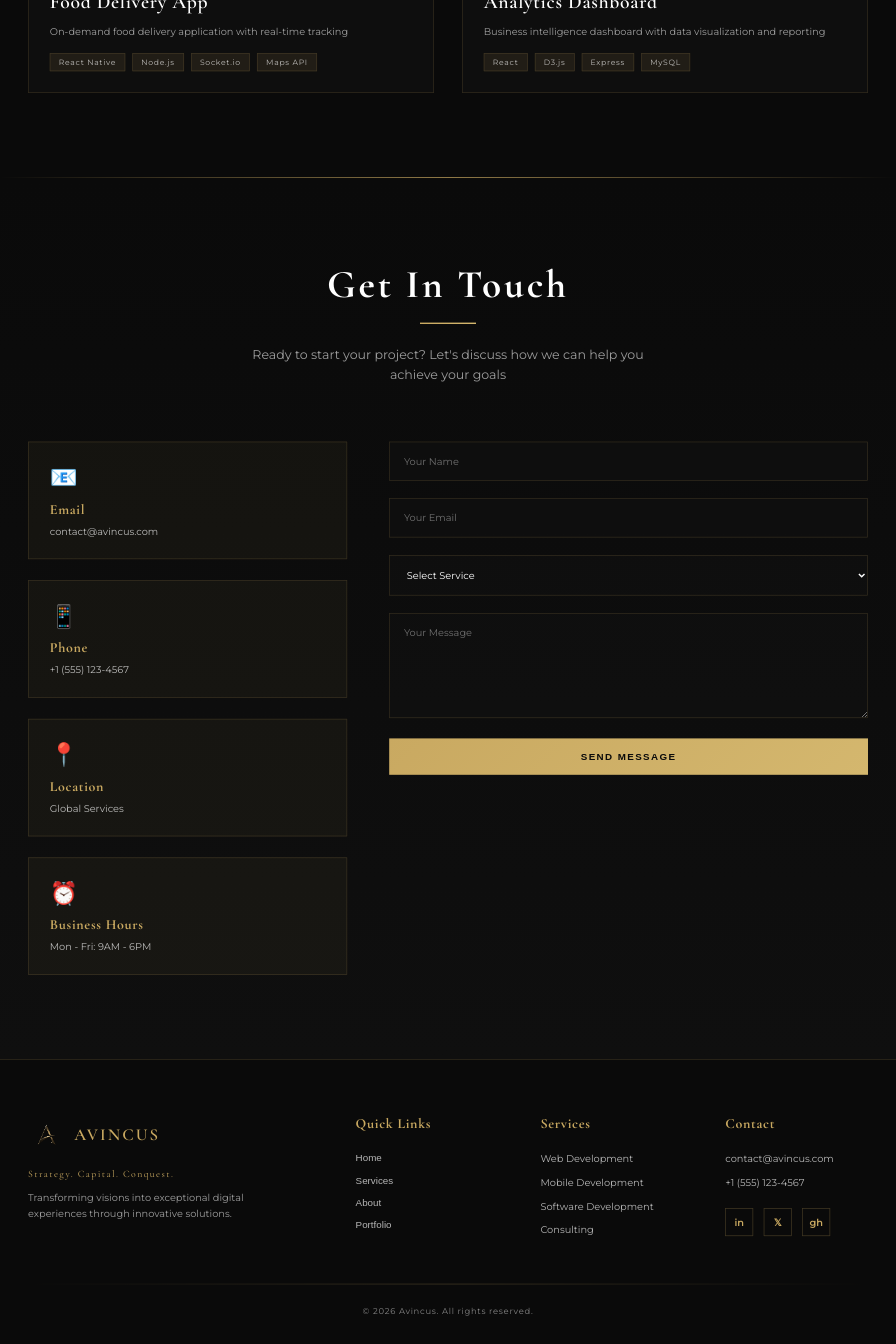
Repository: GiLLBaTesx/avincus-website
Page: /
The author's editor kept a copy of each file at every save. The page is drawn from the files as they stood at one save, then again after the next save.
The browser window is 1280 px wide. The pictures show the part of the page from y = 4497 to 6417 px (the page is 6417 px tall), at 70% of full size.
The project was rebuilt for these pictures with package versions that can differ from the ones it lists, and the page was loaded fresh each time.

Above is the page before, as saved 2026-05-15 13:13:13.

### public/index.html
<!DOCTYPE html>
<html lang="en">
  <head>
    <meta charset="utf-8" />
    <link rel="icon" href="%PUBLIC_URL%/avincus-logo.png" />
    <meta name="viewport" content="width=device-width, initial-scale=1" />
    <meta name="theme-color" content="#0a0a0a" />
    <meta
      name="description"
      content="Avincus - Premium Software Development | Web, Mobile & Software Solutions"
    />
    <link rel="preconnect" href="https://fonts.googleapis.com">
    <link rel="preconnect" href="https://fonts.gstatic.com" crossorigin>
    <link href="https://fonts.googleapis.com/css2?family=Cormorant+Garamond:wght@300;400;500;600;700&family=Montserrat:wght@300;400;500;600;700&display=swap" rel="stylesheet">
    <title>Avincus - Strategy. Capital. Conquest.</title>
  </head>
  <body>
    <noscript>You need to enable JavaScript to run this app.</noscript>
    <div id="root"></div>
  </body>
</html>

### src/index.css
* {
  margin: 0;
  padding: 0;
  box-sizing: border-box;
}

body {
  margin: 0;
  font-family: 'Montserrat', -apple-system, BlinkMacSystemFont, 'Segoe UI', 'Roboto', 'Oxygen',
    'Ubuntu', 'Cantarell', 'Fira Sans', 'Droid Sans', 'Helvetica Neue',
    sans-serif;
  -webkit-font-smoothing: antialiased;
  -moz-osx-font-smoothing: grayscale;
  background-color: #0a0a0a;
  color: #ffffff;
  overflow-x: hidden;
}

code {
  font-family: source-code-pro, Menlo, Monaco, Consolas, 'Courier New',
    monospace;
}

::-webkit-scrollbar {
  width: 10px;
}

::-webkit-scrollbar-track {
  background: #0a0a0a;
}

::-webkit-scrollbar-thumb {
  background: #c9a961;
  border-radius: 5px;
}

::-webkit-scrollbar-thumb:hover {
  background: #d4b76e;
}

### src/App.css
.App {
  min-height: 100vh;
  background-color: #0a0a0a;
}

/* Smooth scrolling */
html {
  scroll-behavior: smooth;
}

/* Section styling */
section {
  position: relative;
  overflow: hidden;
}

/* Gold accent line */
.gold-line {
  width: 60px;
  height: 2px;
  background: linear-gradient(90deg, #c9a961, #d4b76e);
  margin: 20px auto;
}

/* Animations */
@keyframes fadeInUp {
  from {
    opacity: 0;
    transform: translateY(30px);
  }
  to {
    opacity: 1;
    transform: translateY(0);
  }
}

@keyframes fadeIn {
  from {
    opacity: 0;
  }
  to {
    opacity: 1;
  }
}

@keyframes shimmer {
  0% {
    background-position: -1000px 0;
  }
  100% {
    background-position: 1000px 0;
  }
}

.fade-in-up {
  animation: fadeInUp 0.8s ease-out forwards;
}

.fade-in {
  animation: fadeIn 1s ease-out forwards;
}

/* Responsive typography */
@media (max-width: 768px) {
  html {
    font-size: 14px;
  }
}

@media (max-width: 480px) {
  html {
    font-size: 12px;
  }
}

### src/components/Navbar.css
.navbar {
  position: fixed;
  top: 0;
  left: 0;
  right: 0;
  z-index: 1000;
  padding: 20px 0;
  transition: all 0.3s ease;
  background: transparent;
}

.navbar.scrolled {
  background: rgba(10, 10, 10, 0.95);
  backdrop-filter: blur(10px);
  padding: 15px 0;
  box-shadow: 0 2px 20px rgba(201, 169, 97, 0.1);
}

.navbar-container {
  max-width: 1400px;
  margin: 0 auto;
  padding: 0 40px;
  display: flex;
  justify-content: space-between;
  align-items: center;
}

.navbar-logo {
  display: flex;
  align-items: center;
  gap: 12px;
  cursor: pointer;
  transition: transform 0.3s ease;
}

.navbar-logo:hover {
  transform: translateY(-2px);
}

.logo-image {
  width: 67.5px;
  height: 67.5px;
  object-fit: contain;
  transition: transform 0.3s ease;
}

.logo-text {
  font-family: 'Cormorant Garamond', serif;
  font-size: 24px;
  font-weight: 600;
  letter-spacing: 3px;
  color: #c9a961;
}

.navbar-menu {
  display: flex;
  gap: 40px;
  align-items: center;
}

.nav-link {
  background: none;
  border: none;
  color: #ffffff;
  font-size: 14px;
  font-weight: 500;
  letter-spacing: 1px;
  text-transform: uppercase;
  cursor: pointer;
  position: relative;
  padding: 8px 0;
  transition: color 0.3s ease;
}

.nav-link::after {
  content: '';
  position: absolute;
  bottom: 0;
  left: 0;
  width: 0;
  height: 2px;
  background: linear-gradient(90deg, #c9a961, #d4b76e);
  transition: width 0.3s ease;
}

.nav-link:hover {
  color: #c9a961;
}

.nav-link:hover::after {
  width: 100%;
}

.nav-link-cta {
  background: linear-gradient(135deg, #c9a961, #d4b76e);
  color: #0a0a0a;
  padding: 12px 30px;
  border-radius: 0;
  font-weight: 600;
  transition: all 0.3s ease;
}

.nav-link-cta::after {
  display: none;
}

.nav-link-cta:hover {
  background: linear-gradient(135deg, #d4b76e, #e0c87f);
  color: #0a0a0a;
  transform: translateY(-2px);
  box-shadow: 0 5px 20px rgba(201, 169, 97, 0.3);
}

.navbar-toggle {
  display: none;
  flex-direction: column;
  gap: 6px;
  background: none;
  border: none;
  cursor: pointer;
  padding: 5px;
}

.bar {
  width: 30px;
  height: 2px;
  background: #c9a961;
  transition: all 0.3s ease;
}

.bar.active:nth-child(1) {
  transform: rotate(45deg) translate(8px, 8px);
}

.bar.active:nth-child(2) {
  opacity: 0;
}

.bar.active:nth-child(3) {
  transform: rotate(-45deg) translate(8px, -8px);
}

@media (max-width: 968px) {
  .navbar-toggle {
    display: flex;
  }

  .navbar-menu {
    position: fixed;
    top: 70px;
    right: -100%;
    width: 300px;
    height: calc(100vh - 70px);
    background: rgba(10, 10, 10, 0.98);
    backdrop-filter: blur(10px);
    flex-direction: column;
    padding: 40px;
    gap: 30px;
    transition: right 0.3s ease;
    border-left: 1px solid rgba(201, 169, 97, 0.2);
  }

  .navbar-menu.active {
    right: 0;
  }

  .nav-link {
    width: 100%;
    text-align: left;
    font-size: 16px;
  }

  .nav-link-cta {
    text-align: center;
  }
}

@media (max-width: 480px) {
  .navbar-container {
    padding: 0 20px;
  }

  .logo-text {
    font-size: 20px;
  }

  .logo-image {
    width: 60px;
    height: 60px;
  }
}

### src/components/Services.css
.services {
  min-height: 100vh;
  padding: 120px 40px;
  background: #0a0a0a;
  position: relative;
}

.services::before {
  content: '';
  position: absolute;
  top: 0;
  left: 0;
  right: 0;
  height: 1px;
  background: linear-gradient(90deg, transparent, #c9a961, transparent);
}

.services-container {
  max-width: 1400px;
  margin: 0 auto;
}

.services-header {
  text-align: center;
  margin-bottom: 80px;
  opacity: 0;
  transform: translateY(30px);
  transition: all 0.8s ease-out;
}

.services-header.visible {
  opacity: 1;
  transform: translateY(0);
}

.section-title {
  font-family: 'Cormorant Garamond', serif;
  font-size: 56px;
  font-weight: 700;
  letter-spacing: 4px;
  color: #ffffff;
  margin-bottom: 20px;
}

.gold-line {
  width: 80px;
  height: 2px;
  background: linear-gradient(90deg, #c9a961, #d4b76e);
  margin: 0 auto 30px;
}

.section-subtitle {
  font-size: 18px;
  color: rgba(255, 255, 255, 0.6);
  max-width: 600px;
  margin: 0 auto;
  line-height: 1.6;
}

.services-grid {
  display: grid;
  grid-template-columns: repeat(auto-fit, minmax(350px, 1fr));
  gap: 40px;
}

.service-card {
  background: linear-gradient(135deg, rgba(201, 169, 97, 0.05), rgba(10, 10, 10, 0.8));
  border: 1px solid rgba(201, 169, 97, 0.2);
  padding: 50px 40px;
  transition: all 0.4s ease;
  position: relative;
  overflow: hidden;
  opacity: 0;
  transform: translateY(30px);
}

.service-card.visible {
  animation: fadeInUp 0.8s ease-out forwards;
}

.service-card::before {
  content: '';
  position: absolute;
  top: 0;
  left: -100%;
  width: 100%;
  height: 100%;
  background: linear-gradient(90deg, transparent, rgba(201, 169, 97, 0.1), transparent);
  transition: left 0.6s ease;
}

.service-card:hover::before {
  left: 100%;
}

.service-card:hover {
  transform: translateY(-10px);
  border-color: #c9a961;
  box-shadow: 0 20px 60px rgba(201, 169, 97, 0.2);
}

.service-icon {
  font-size: 64px;
  margin-bottom: 30px;
  filter: grayscale(100%) brightness(1.5);
  transition: all 0.3s ease;
}

.service-card:hover .service-icon {
  filter: grayscale(0%) brightness(1);
  transform: scale(1.1);
}

.service-title {
  font-family: 'Cormorant Garamond', serif;
  font-size: 32px;
  font-weight: 600;
  color: #c9a961;
  margin-bottom: 20px;
  letter-spacing: 2px;
}

.service-description {
  font-size: 16px;
  line-height: 1.8;
  color: rgba(255, 255, 255, 0.7);
  margin-bottom: 30px;
}

.service-features {
  list-style: none;
  margin-bottom: 40px;
}

.service-features li {
  padding: 12px 0;
  color: rgba(255, 255, 255, 0.8);
  font-size: 14px;
  display: flex;
  align-items: center;
  gap: 15px;
  border-bottom: 1px solid rgba(201, 169, 97, 0.1);
}

.feature-bullet {
  color: #c9a961;
  font-size: 10px;
}

.service-button {
  background: transparent;
  border: 2px solid #c9a961;
  color: #c9a961;
  padding: 12px 30px;
  font-size: 12px;
  font-weight: 600;
  letter-spacing: 2px;
  text-transform: uppercase;
  cursor: pointer;
  transition: all 0.3s ease;
  width: 100%;
}

.service-button:hover {
  background: #c9a961;
  color: #0a0a0a;
  transform: translateY(-2px);
}

@media (max-width: 968px) {
  .services {
    padding: 80px 30px;
  }

  .section-title {
    font-size: 42px;
  }

  .services-grid {
    grid-template-columns: 1fr;
    gap: 30px;
  }
}

@media (max-width: 480px) {
  .services {
    padding: 60px 20px;
  }

  .section-title {
    font-size: 36px;
  }

  .service-card {
    padding: 40px 30px;
  }

  .service-icon {
    font-size: 48px;
  }

  .service-title {
    font-size: 26px;
  }
}

### src/components/About.css
.about {
  min-height: 100vh;
  padding: 120px 40px;
  background: linear-gradient(180deg, #0a0a0a 0%, #0f0f0f 100%);
  position: relative;
}

.about::before {
  content: '';
  position: absolute;
  top: 0;
  left: 0;
  right: 0;
  height: 1px;
  background: linear-gradient(90deg, transparent, #c9a961, transparent);
}

.about-container {
  max-width: 1400px;
  margin: 0 auto;
}

.about-content {
  display: grid;
  grid-template-columns: 1fr 1fr;
  gap: 80px;
  align-items: center;
}

.about-text {
  opacity: 0;
  transform: translateX(-30px);
  transition: all 0.8s ease-out;
}

.about-text.visible {
  opacity: 1;
  transform: translateX(0);
}

.about-description {
  font-size: 16px;
  line-height: 1.8;
  color: rgba(255, 255, 255, 0.7);
  margin-bottom: 25px;
}

.about-values {
  display: grid;
  grid-template-columns: repeat(3, 1fr);
  gap: 30px;
  margin-top: 50px;
}

.value-item {
  text-align: center;
  padding: 30px 20px;
  background: rgba(201, 169, 97, 0.05);
  border: 1px solid rgba(201, 169, 97, 0.2);
  transition: all 0.3s ease;
}

.value-item:hover {
  background: rgba(201, 169, 97, 0.1);
  border-color: #c9a961;
  transform: translateY(-5px);
}

.value-item h3 {
  font-family: 'Cormorant Garamond', serif;
  font-size: 24px;
  color: #c9a961;
  margin-bottom: 10px;
  letter-spacing: 2px;
}

.value-item p {
  font-size: 14px;
  color: rgba(255, 255, 255, 0.6);
}

.about-stats {
  display: grid;
  grid-template-columns: repeat(2, 1fr);
  gap: 40px;
  opacity: 0;
  transform: translateX(30px);
  transition: all 0.8s ease-out;
}

.about-stats.visible {
  opacity: 1;
  transform: translateX(0);
}

.stat-item {
  text-align: center;
  padding: 50px 30px;
  background: linear-gradient(135deg, rgba(201, 169, 97, 0.1), rgba(10, 10, 10, 0.5));
  border: 1px solid rgba(201, 169, 97, 0.3);
  position: relative;
  overflow: hidden;
  opacity: 0;
  animation: fadeInUp 0.8s ease-out forwards;
}

.stat-item::before {
  content: '';
  position: absolute;
  top: 0;
  left: 0;
  right: 0;
  height: 3px;
  background: linear-gradient(90deg, #c9a961, #d4b76e);
  transform: scaleX(0);
  transition: transform 0.6s ease;
}

.stat-item:hover::before {
  transform: scaleX(1);
}

.stat-number {
  font-family: 'Cormorant Garamond', serif;
  font-size: 56px;
  font-weight: 700;
  color: #c9a961;
  margin-bottom: 15px;
  letter-spacing: 2px;
}

.stat-label {
  font-size: 14px;
  color: rgba(255, 255, 255, 0.7);
  text-transform: uppercase;
  letter-spacing: 2px;
}

@media (max-width: 968px) {
  .about {
    padding: 80px 30px;
  }

  .about-content {
    grid-template-columns: 1fr;
    gap: 60px;
  }

  .about-values {
    grid-template-columns: 1fr;
    gap: 20px;
  }

  .about-stats {
    grid-template-columns: repeat(2, 1fr);
    gap: 20px;
  }

  .stat-item {
    padding: 40px 20px;
  }

  .stat-number {
    font-size: 42px;
  }
}

@media (max-width: 480px) {
  .about {
    padding: 60px 20px;
  }

  .about-stats {
    grid-template-columns: 1fr;
  }

  .stat-number {
    font-size: 36px;
  }
}

### src/components/Portfolio.css
.portfolio {
  min-height: 100vh;
  padding: 120px 40px;
  background: #0a0a0a;
  position: relative;
}

.portfolio::before {
  content: '';
  position: absolute;
  top: 0;
  left: 0;
  right: 0;
  height: 1px;
  background: linear-gradient(90deg, transparent, #c9a961, transparent);
}

.portfolio-container {
  max-width: 1400px;
  margin: 0 auto;
}

.portfolio-header {
  text-align: center;
  margin-bottom: 80px;
  opacity: 0;
  transform: translateY(30px);
  transition: all 0.8s ease-out;
}

.portfolio-header.visible {
  opacity: 1;
  transform: translateY(0);
}

.portfolio-grid {
  display: grid;
  grid-template-columns: repeat(auto-fit, minmax(380px, 1fr));
  gap: 40px;
}

.portfolio-card {
  background: rgba(15, 15, 15, 0.8);
  border: 1px solid rgba(201, 169, 97, 0.2);
  overflow: hidden;
  transition: all 0.4s ease;
  opacity: 0;
  transform: translateY(30px);
}

.portfolio-card.visible {
  animation: fadeInUp 0.8s ease-out forwards;
}

.portfolio-card:hover {
  transform: translateY(-10px);
  border-color: #c9a961;
  box-shadow: 0 20px 60px rgba(201, 169, 97, 0.2);
}

.portfolio-image {
  height: 250px;
  background: linear-gradient(135deg, rgba(201, 169, 97, 0.2), rgba(10, 10, 10, 0.8));
  position: relative;
  overflow: hidden;
}

.portfolio-image::before {
  content: '';
  position: absolute;
  top: 50%;
  left: 50%;
  transform: translate(-50%, -50%);
  width: 100px;
  height: 100px;
  background: linear-gradient(135deg, #c9a961, #d4b76e);
  clip-path: polygon(50% 0%, 100% 25%, 100% 75%, 50% 100%, 0% 75%, 0% 25%);
  opacity: 0.3;
}

.portfolio-overlay {
  position: absolute;
  top: 0;
  left: 0;
  right: 0;
  bottom: 0;
  background: rgba(10, 10, 10, 0.9);
  display: flex;
  align-items: center;
  justify-content: center;
  opacity: 0;
  transition: opacity 0.3s ease;
}

.portfolio-card:hover .portfolio-overlay {
  opacity: 1;
}

.view-project {
  background: linear-gradient(135deg, #c9a961, #d4b76e);
  color: #0a0a0a;
  border: none;
  padding: 12px 30px;
  font-size: 12px;
  font-weight: 600;
  letter-spacing: 2px;
  text-transform: uppercase;
  cursor: pointer;
  transition: all 0.3s ease;
}

.view-project:hover {
  transform: scale(1.05);
  box-shadow: 0 5px 20px rgba(201, 169, 97, 0.4);
}

.portfolio-content {
  padding: 30px;
}

.portfolio-category {
  display: inline-block;
  font-size: 11px;
  color: #c9a961;
  text-transform: uppercase;
  letter-spacing: 2px;
  margin-bottom: 15px;
  padding: 5px 15px;
  border: 1px solid rgba(201, 169, 97, 0.3);
}

.portfolio-title {
  font-family: 'Cormorant Garamond', serif;
  font-size: 28px;
  font-weight: 600;
  color: #ffffff;
  margin-bottom: 15px;
  letter-spacing: 1px;
}

.portfolio-description {
  font-size: 14px;
  line-height: 1.6;
  color: rgba(255, 255, 255, 0.6);
  margin-bottom: 20px;
}

.portfolio-tech {
  display: flex;
  flex-wrap: wrap;
  gap: 10px;
}

.tech-tag {
  font-size: 11px;
  color: rgba(255, 255, 255, 0.7);
  background: rgba(201, 169, 97, 0.1);
  padding: 5px 12px;
  border: 1px solid rgba(201, 169, 97, 0.2);
  letter-spacing: 1px;
}

@media (max-width: 968px) {
  .portfolio {
    padding: 80px 30px;
  }

  .portfolio-grid {
    grid-template-columns: 1fr;
    gap: 30px;
  }
}

@media (max-width: 480px) {
  .portfolio {
    padding: 60px 20px;
  }

  .portfolio-card {
    margin: 0;
  }

  .portfolio-content {
    padding: 25px;
  }

  .portfolio-title {
    font-size: 24px;
  }
}

### src/components/Contact.css
.contact {
  min-height: 100vh;
  padding: 120px 40px;
  background: linear-gradient(180deg, #0a0a0a 0%, #0f0f0f 100%);
  position: relative;
}

.contact::before {
  content: '';
  position: absolute;
  top: 0;
  left: 0;
  right: 0;
  height: 1px;
  background: linear-gradient(90deg, transparent, #c9a961, transparent);
}

.contact-container {
  max-width: 1400px;
  margin: 0 auto;
}

.contact-header {
  text-align: center;
  margin-bottom: 80px;
  opacity: 0;
  transform: translateY(30px);
  transition: all 0.8s ease-out;
}

.contact-header.visible {
  opacity: 1;
  transform: translateY(0);
}

.contact-content {
  display: grid;
  grid-template-columns: 1fr 1.5fr;
  gap: 60px;
}

.contact-info {
  display: flex;
  flex-direction: column;
  gap: 30px;
  opacity: 0;
  transform: translateX(-30px);
  transition: all 0.8s ease-out;
}

.contact-info.visible {
  opacity: 1;
  transform: translateX(0);
}

.info-item {
  padding: 30px;
  background: rgba(201, 169, 97, 0.05);
  border: 1px solid rgba(201, 169, 97, 0.2);
  transition: all 0.3s ease;
}

.info-item:hover {
  background: rgba(201, 169, 97, 0.1);
  border-color: #c9a961;
  transform: translateX(10px);
}

.info-icon {
  font-size: 32px;
  margin-bottom: 15px;
}

.info-item h3 {
  font-family: 'Cormorant Garamond', serif;
  font-size: 20px;
  color: #c9a961;
  margin-bottom: 10px;
  letter-spacing: 1px;
}

.info-item p {
  font-size: 14px;
  color: rgba(255, 255, 255, 0.7);
}

.contact-form {
  opacity: 0;
  transform: translateX(30px);
  transition: all 0.8s ease-out;
}

.contact-form.visible {
  opacity: 1;
  transform: translateX(0);
}

.form-group {
  margin-bottom: 25px;
}

.form-input {
  width: 100%;
  padding: 18px 20px;
  background: rgba(15, 15, 15, 0.8);
  border: 1px solid rgba(201, 169, 97, 0.2);
  color: #ffffff;
  font-size: 14px;
  font-family: 'Montserrat', sans-serif;
  transition: all 0.3s ease;
}

.form-input:focus {
  outline: none;
  border-color: #c9a961;
  background: rgba(15, 15, 15, 1);
  box-shadow: 0 0 20px rgba(201, 169, 97, 0.1);
}

.form-input::placeholder {
  color: rgba(255, 255, 255, 0.4);
}

select.form-input {
  cursor: pointer;
}

textarea.form-input {
  resize: vertical;
  min-height: 150px;
}

.form-submit {
  width: 100%;
  padding: 18px;
  background: linear-gradient(135deg, #c9a961, #d4b76e);
  border: none;
  color: #0a0a0a;
  font-size: 14px;
  font-weight: 600;
  letter-spacing: 2px;
  text-transform: uppercase;
  cursor: pointer;
  transition: all 0.3s ease;
}

.form-submit:hover {
  transform: translateY(-3px);
  box-shadow: 0 10px 30px rgba(201, 169, 97, 0.4);
}

@media (max-width: 968px) {
  .contact {
    padding: 80px 30px;
  }

  .contact-content {
    grid-template-columns: 1fr;
    gap: 50px;
  }
}

@media (max-width: 480px) {
  .contact {
    padding: 60px 20px;
  }

  .info-item {
    padding: 25px;
  }

  .form-input {
    padding: 15px;
  }
}

### src/components/Footer.css
.footer {
  background: #0a0a0a;
  padding: 80px 40px 40px;
  border-top: 1px solid rgba(201, 169, 97, 0.2);
}

.footer-container {
  max-width: 1400px;
  margin: 0 auto;
}

.footer-content {
  display: grid;
  grid-template-columns: 2fr 1fr 1fr 1fr;
  gap: 60px;
  margin-bottom: 60px;
}

.footer-brand {
  max-width: 350px;
}

.footer-logo {
  display: flex;
  align-items: center;
  gap: 12px;
  margin-bottom: 20px;
}

.footer-logo-image {
  width: 54px;
  height: 54px;
  object-fit: contain;
}

.footer-logo-text {
  font-family: 'Cormorant Garamond', serif;
  font-size: 24px;
  font-weight: 600;
  letter-spacing: 3px;
  color: #c9a961;
}

.footer-tagline {
  font-family: 'Cormorant Garamond', serif;
  font-size: 14px;
  color: #c9a961;
  letter-spacing: 2px;
  margin-bottom: 15px;
}

.footer-description {
  font-size: 14px;
  line-height: 1.6;
  color: rgba(255, 255, 255, 0.6);
}

.footer-links h3,
.footer-services h3,
.footer-contact h3 {
  font-family: 'Cormorant Garamond', serif;
  font-size: 20px;
  color: #c9a961;
  margin-bottom: 20px;
  letter-spacing: 1px;
}

.footer-links button {
  display: block;
  background: none;
  border: none;
  color: rgba(255, 255, 255, 0.7);
  font-size: 14px;
  padding: 8px 0;
  cursor: pointer;
  text-align: left;
  transition: all 0.3s ease;
}

.footer-links button:hover {
  color: #c9a961;
  transform: translateX(5px);
}

.footer-services p,
.footer-contact p {
  font-size: 14px;
  color: rgba(255, 255, 255, 0.7);
  padding: 8px 0;
}

.footer-social {
  display: flex;
  gap: 15px;
  margin-top: 20px;
}

.footer-social a {
  width: 40px;
  height: 40px;
  display: flex;
  align-items: center;
  justify-content: center;
  border: 1px solid rgba(201, 169, 97, 0.3);
  color: #c9a961;
  text-decoration: none;
  font-size: 14px;
  font-weight: 600;
  transition: all 0.3s ease;
}

.footer-social a:hover {
  background: #c9a961;
  color: #0a0a0a;
  border-color: #c9a961;
  transform: translateY(-3px);
}

.footer-bottom {
  text-align: center;
}

.footer-divider {
  height: 1px;
  background: linear-gradient(90deg, transparent, rgba(201, 169, 97, 0.3), transparent);
  margin-bottom: 30px;
}

.footer-copyright {
  font-size: 12px;
  color: rgba(255, 255, 255, 0.5);
  letter-spacing: 1px;
}

@media (max-width: 968px) {
  .footer {
    padding: 60px 30px 30px;
  }

  .footer-content {
    grid-template-columns: 1fr 1fr;
    gap: 40px;
  }

  .footer-brand {
    grid-column: 1 / -1;
    max-width: 100%;
  }
}

@media (max-width: 480px) {
  .footer {
    padding: 40px 20px 20px;
  }

  .footer-content {
    grid-template-columns: 1fr;
    gap: 30px;
  }

  .footer-brand {
    grid-column: 1;
  }
}

Loaded but not shown: src/index.js (common file); src/components/Contact.js (144 lines, source omitted); src/components/Portfolio.js (109 lines, source omitted); src/components/Services.js (88 lines, source omitted); src/components/About.js (83 lines, source omitted); src/components/Footer.js (66 lines, source omitted); src/components/Hero.js (59 lines, source omitted); src/components/Navbar.js (45 lines, source omitted); src/App.js (36 lines, source omitted); src/components/Hero.css (310 lines, source omitted)

After the next save:
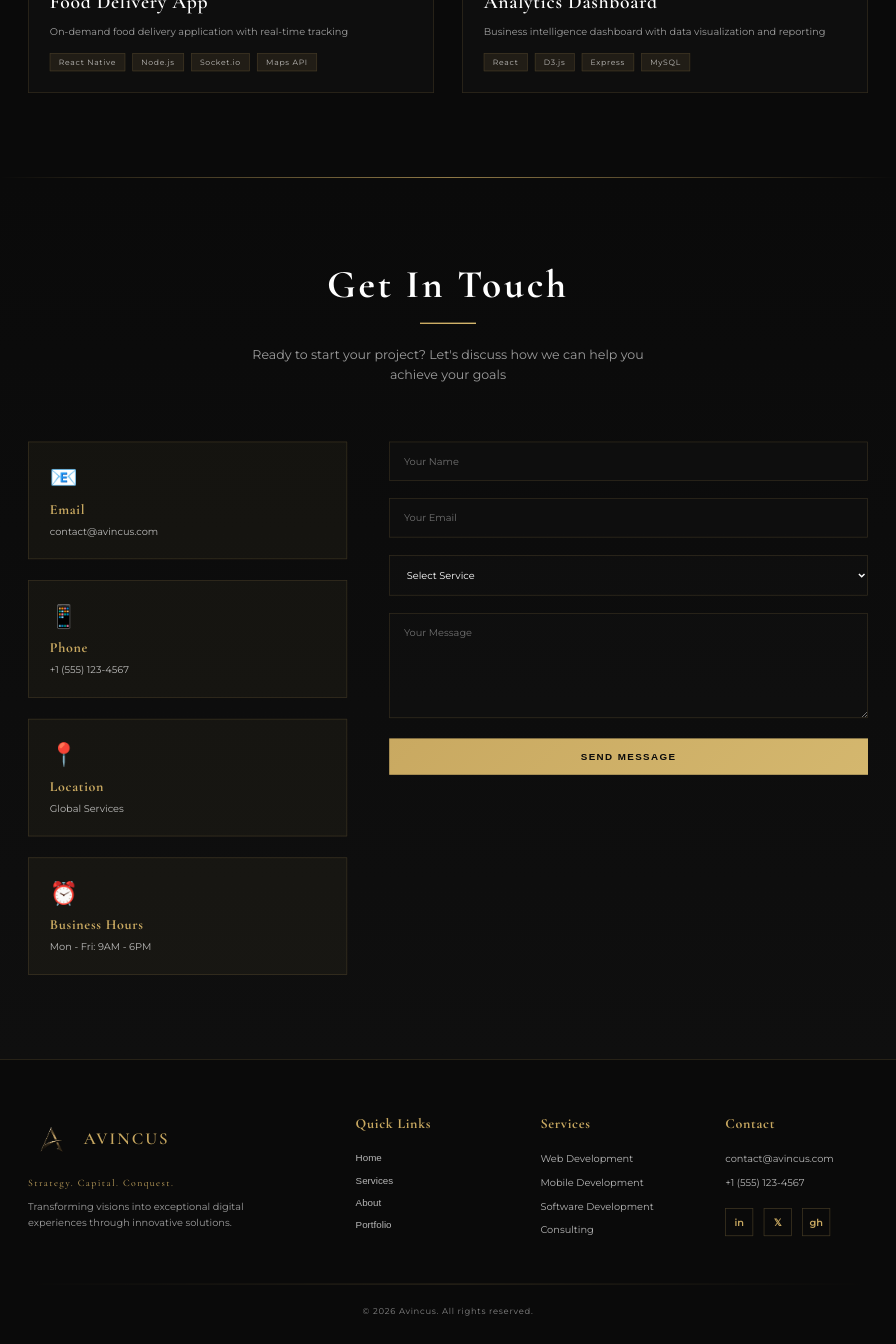
Saved 2 s later.
--- a/src/components/Footer.css
+++ b/src/components/Footer.css
@@ -28,8 +28,8 @@
 }
 
 .footer-logo-image {
-  width: 54px;
-  height: 54px;
+  width: 67.5px;
+  height: 67.5px;
   object-fit: contain;
 }
 
